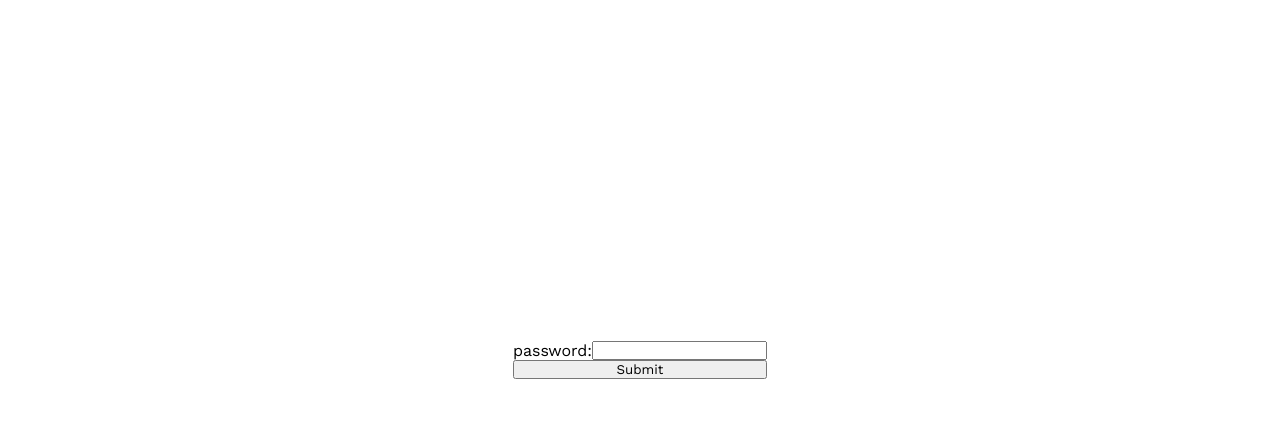
Repository: DOODpls/final_portfolio
Page: http://localhost/login
The author's editor kept a copy of each file at every save. The page is drawn from the files as they stood at one save, then again after the next save.
The browser window is 1280 px wide. The pictures show the whole page.
Some web fonts or font styles are not loaded; a fallback is used. The page is served by the project's Node server (app.js). Other server files are loaded and not shown.

Above is the page before, as saved 2019-12-11 23:25:15.

### views/adminlogin.ejs
<!DOCTYPE html>
<html lang="en">
<head>
  <meta charset="UTF-8">
  <meta name="viewport" content="width=device-width, initial-scale=1.0">
  <meta http-equiv="X-UA-Compatible" content="ie=edge">
  <link rel="stylesheet" href="/css/admin.css">
  <title>Document</title>
</head>
<body>
  <div class="admin-container">
    <form action="/admin" class="adminform">
      <div class="password">
        <p>password: </p>
        <input type="password" name="password" id="password" class="password">
      </div>
      <button type="submit" class="password-submit">Submit</button>
    </form>
  </div>
</body>
</html>

### app.js
const express = require('express');
const mongoose = require('mongoose');
require('dotenv').config();
const pageinfo = require('./page_info')
const app = express();
const path = require('path');

mongoose.connect(process.env.DB_CONNECTION, { useUnifiedTopology: true,useNewUrlParser: true });

const db = mongoose.connection;

db.on('error', console.error.bind(console, 'connection error:'));
db.once('open', function() {
  console.log('DB Connected!!!');
});

app.set('view engine', 'ejs');



app.use(express.urlencoded({ extended: false }));

app.use('/', require('./routes/routes.js'));
app.use('/blogs', require('./routes/routes.js'));
app.use('/admin', require('./routes/routes.js'));
app.use('/login', require('./routes/routes.js'));

app.use(express.static(path.join(__dirname, 'public')));

app.use(function (err, response) {
  console.error(err.body)
  response.status(404).render('404');
})

const PORT = process.env.PORT || 3000;

app.listen(PORT, function(){
  console.log(`Listening on PORT ${PORT}`)
})

### routes/routes.js
const express = require('express');
const pgrtrs = express.Router();
const pagesInfo = require('../page_info');
const bloglist = require('../models/blogschema');
var md = require('markdown-it')({
  html: true,
  linkify: true,
  typographer: true
});
var fs = require("fs");

pgrtrs.get('/', function(request, response){
  response.render('index', {
    pginfo: pagesInfo.index
  })
})

pgrtrs.get('/admin', function(request, response){
  response.render('admin', {
    pginfo: pagesInfo.admin
  })
})

pgrtrs.get('/login', function(request, response){
  response.render('adminlogin', {
    pginfo: pagesInfo.admin
  })
})

pgrtrs.get('/blogs', async function(request, response){
  const blogs = await bloglist.find();
  response.render('blogs', {
    pginfo: pagesInfo.index,
    blogss: blogs,
  })

})

pgrtrs.get('/blogs/:slug', async function(request,response){
  const blogpost = await bloglist
  .where('slug', request.params.slug);

  fs.readFile('./public/blogs/'+ blogpost[0].slug +'.md', function(err, buf) {
    const result = md.render(buf.toString());
    response.render('blogposts', {
      blogpost: blogpost[0],
      blogcont: result,
      title: blogpost[0].title,
      pginfo: pagesInfo.index
    })
  });
})

module.exports = pgrtrs;

### page_info.js
const pagesInfo = {
  index:{
    title:'Floyd Santos',
    link: '/',
    projects: [
      {
        "title" : "Homepage",
        "url" : "https://techhome.netlify.com/",
        "description" : "A basic homepage with 4 section.",
        "photo" : "/images/projs/homepage.png"
      },{
        "title" : "Photograpiya",
        "url" : "https://photograpiya.netlify.com/",
        "description" : "A 4 page portfolio/gallery made with HTML and CSS",
        "photo" : "/images/projs/photograpiya.png"
      },{
        "title" : "Tiles!",
        "url" : "https://jstiles.netlify.com/",
        "description" : "A assignment which we have to fill the section with tiles by using loop",
        "photo" : "/images/projs/tiles.png"
      },{
        "title" : "Mobile Menu",
        "url" : "https://jsmobilemenu.netlify.com/",
        "description" : "This assingment demonstrate how we make mobile menus using media query and JavaScript",
        "photo" : "/images/projs/mobilemenu.png"
      },{
        "title" : "The Weathering",
        "url" : "http://theweathering.netlify.com/",
        "description" : "A web app that shows you the current weather on your location, and you can also search for other cities",
        "photo" : "/images/projs/theweathering.png"
      },{
        "title" : "Darkblogs",
        "url" : "https://blog-secret.herokuapp.com/",
        "description" : "A blog posting website made with NodeJS",
        "photo" : "/images/projs/darkblogs.png"
      },{
        "title" : "MacEwan",
        "url" : "https://dev-macewan-university.pantheonsite.io/",
        "description" : "A website remake using Wordpress.",
        "photo" : "/images/projs/macewan.png"
      },{
        "title" : "Jekyll Portfolio",
        "url" : "https://doodpls.github.io/",
        "description" : "A portfolio made with Jekyll",
        "photo" : "/images/projs/jekyll.png"
      },
    ],
    skills: [
      {
        "class" : "fab fa-node-js",
        "desc" : "NodeJS"
      },{
        "class" : "fab fa-js-square",
        "desc" : "JavaScript"
      },{
        "class" : "fab fa-css3-alt",
        "desc" : "CSS"
      },{
        "class" : "fab fa-html5",
        "desc" : "HTML"
      },{
        "class" : "fab fa-git-alt",
        "desc" : "GIT"
      },{
        "class" : "fab fa-wordpress",
        "desc" : "WordPress"
      }
    ],
    extskills: [
      {
        "imgscr" : "https://cdn3.iconfinder.com/data/icons/brands-applications/512/Photoshop_B-512.png",
        "desc" : "Photoshop"
      },{
        "imgscr" : "https://cdn.onlinewebfonts.com/svg/img_21237.png",
        "desc" : "Illustrator"
      },{
        "imgscr" : "https://cdn4.iconfinder.com/data/icons/logos-and-brands-1/512/8_Premier_Pro_Adobe_logo_logos-512.png",
        "desc" : "Premier"
      },
    ],
    footerlinks: [
      {
        "name" : "twiiter",
        "class" : "fab fa-twitter",
        "links" : "https://bit.ly/2Ech3Jz"
      },{
        "name" : "facebook",
        "class" : "fab fa-facebook-f",
        "links" : "https://bit.ly/2REPtNd"
      },{
        "name" : "instagram",
        "class" : "fab fa-instagram",
        "links" : "https://bit.ly/34fb2qt"
      },{
        "name" : "linkedin",
        "class" : "fab fa-linkedin-in",
        "links" : "https://bit.ly/2RDMLHO"
      },{
        "name" : "github",
        "class" : "fab fa-github",
        "links" : "https://bit.ly/2PaSTpg"
      },{
        "name" : "stackoverflow",
        "class" : "fab fa-stack-overflow",
        "links" : "https://bit.ly/35bb0B4"
      },
    ]
  },
  blogs:{
    title:'Blogs'
  },
  admin: {
    title: 'Admin'
  }
}

module.exports = pagesInfo;

### public/css/admin.css
@import url('./reset.css');
@import url('./fonts.css');

.password{
  display: flex;
}
.admin-container{
  height: 100vh;
  display: flex;
  justify-content: center;
  align-items: center;
}
.adminform{
  display: flex;
  flex-direction: column;
  justify-content: center;
}

### public/css/reset.css
* {
  margin: 0;
  padding: 0;
  box-sizing: border-box;
  font-family: 'Work Sans', sans-serif;
}

/* ^^^^^^^^^^^^^^FOOTER HAXX^^^^^^^^^^^^^^^^^ */
html, body{ height:100%; margin:0; }

/* Trick */
body{
  display:flex;
  flex-direction:column;
}

footer{
  margin-top:auto;
}

### public/css/fonts.css
@import url('https://fonts.googleapis.com/css?family=Permanent+Marker|Work+Sans&display=swap');
@import url('https://fonts.googleapis.com/css?family=Staatliches&display=swap');

After the next save:
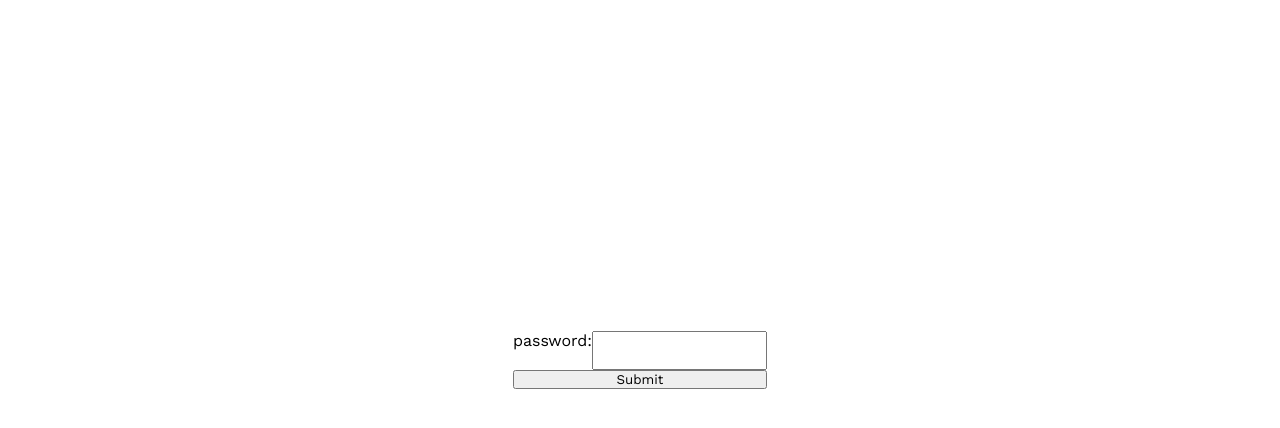
Saved 29 s later.
--- a/public/css/admin.css
+++ b/public/css/admin.css
@@ -3,6 +3,9 @@
 
 .password{
   display: flex;
+}
+.password > p {
+  margin-bottom: 20px;
 }
 .admin-container{
   height: 100vh;
